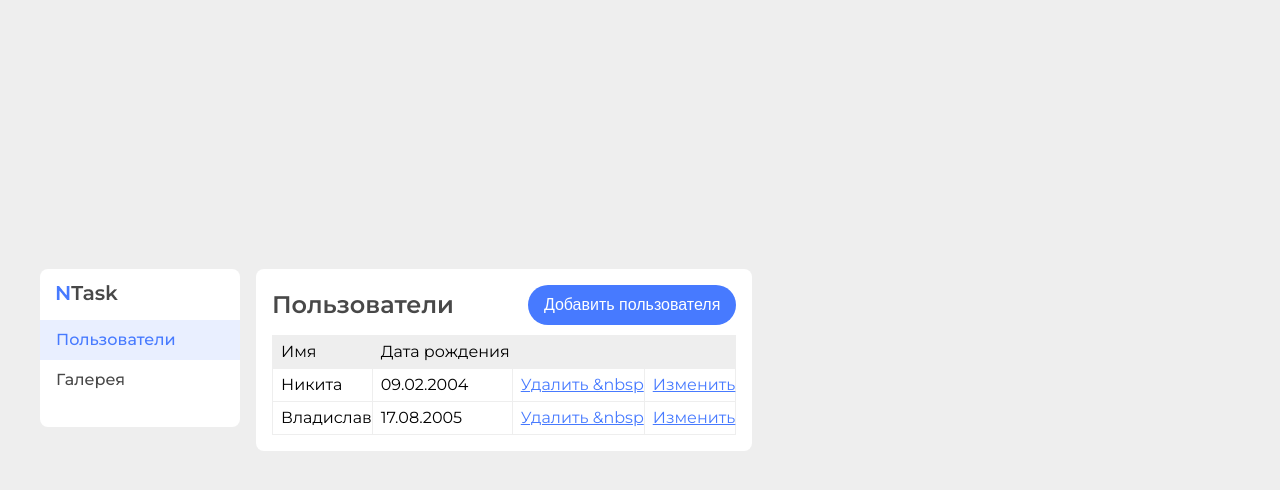
Repository: Grid-Master/NTask
Page: /gallery
These files come from the project's save history. The page is drawn as it stood at one moment and after the next save; the edit follows.
The browser window is 1280 px wide. The pictures show the whole page.
The project was rebuilt for these pictures with package versions that can differ from the ones it lists, and the page was loaded fresh each time. Also part of the build but not shown: src/components/gallery/gallery.sass, src/components/gallery/Gallery.tsx, src/components/updateUser/updateUser.sass, src/components/updateUser/UpdateUser.tsx.

Above is the page before, as saved 2023-06-09 19:46:38.

### public/index.html
<!DOCTYPE html>
<html lang="en">
  <head>
    <meta charset="utf-8" />
    <link rel="icon" href="%PUBLIC_URL%/favicon.ico" />
    <meta name="viewport" content="width=device-width, initial-scale=1" />
    <meta name="theme-color" content="#000000" />
    <meta name="description" content="Web site created using create-react-app" />
    <link rel="apple-touch-icon" href="%PUBLIC_URL%/logo192.png" />
    <link rel="preconnect" href="https://fonts.googleapis.com" />
    <link rel="preconnect" href="https://fonts.gstatic.com" crossorigin />
    <link
      href="https://fonts.googleapis.com/css2?family=Montserrat:wght@300;400;500;600;700&display=swap"
      rel="stylesheet" />
    <link rel="manifest" href="%PUBLIC_URL%/manifest.json" />
    <title>React App</title>
  </head>
  <body>
    <noscript>You need to enable JavaScript to run this app.</noscript>
    <div id="root"></div>
  </body>
</html>

### src/index.tsx
import React from 'react';
import ReactDOM from 'react-dom/client';
import { Provider } from 'react-redux';
import './index.css';
import App from './App';
import { BrowserRouter } from 'react-router-dom';
import store from './store';

const root = ReactDOM.createRoot(document.getElementById('root') as HTMLElement);
root.render(
  <React.StrictMode>
    <BrowserRouter>
      <Provider store={store}>
        <App />
      </Provider>
    </BrowserRouter>
  </React.StrictMode>,
);

### src/index.css
html, body, div, span, applet, object, iframe,
h1, h2, h3, h4, h5, h6, p, blockquote, pre,
a, abbr, acronym, address, big, cite, code,
del, dfn, em, img, ins, kbd, q, s, samp,
small, strike, strong, sub, sup, tt, var,
b, u, i, center,
dl, dt, dd, ol, ul, li,
fieldset, form, label, legend,
table, caption, tbody, tfoot, thead, tr, th, td,
article, aside, canvas, details, embed,
figure, figcaption, footer, header, hgroup,
menu, nav, output, ruby, section, summary,
time, mark, audio, video {
	margin: 0;
	padding: 0;
	border: 0;
	font-size: 100%;
	font: inherit;
	vertical-align: baseline;
}
/* HTML5 display-role reset for older browsers */
article, aside, details, figcaption, figure,
footer, header, hgroup, menu, nav, section {
	display: block;
}
body {
	line-height: 1;
}
ol, ul {
	list-style: none;
}
blockquote, q {
	quotes: none;
}
blockquote:before, blockquote:after,
q:before, q:after {
	content: '';
	content: none;
}
table {
	border-collapse: collapse;
}
body {
  margin: 0;
  font-family: Montserrat;
  background: #EEEEEE;
;
}
input {
	font-family: Montserrat;
}

#root {
	display: flex;
	align-items: center;
	justify-content: center;
	height: 100vh;
}

code {
  font-family: source-code-pro, Menlo, Monaco, Consolas, 'Courier New',
    monospace;
}

### src/App.tsx
import './App.css';
import { FC, useEffect } from 'react';
import Navbar from './components/navabar/Navbar';
import UserList from './components/userList/UserList';
import { Routes, Route, useNavigate } from 'react-router-dom';
import Gallery from './components/gallery/Gallery';
import UpdateUser from './components/updateUser/UpdateUser';

const App: FC = () => {
  const navigate = useNavigate();
  useEffect(() => {
    navigate('/NTask/users');
  }, []);

  return (
    <div className="App">
      <Navbar />
      <Routes>
        <Route path="/NTask/users" element={<UserList />} />
        <Route path="/NTask/users/:id" element={<UpdateUser />} />
        <Route path="/NTask/gallery" element={<Gallery />} />
        <Route path="*" element={<h1>Error</h1>} />
      </Routes>
    </div>
  );
};

export default App;

### src/store/index.ts
import { configureStore } from '@reduxjs/toolkit';
import usersReducer from './usersSlice';
import galleryReducer from './gallerySlice';

const store = configureStore({
  reducer: { usersReducer, galleryReducer },
});

export default store;

export type RootState = ReturnType<typeof store.getState>;
export type AppDispatch = typeof store.dispatch;

### src/App.css
.App {

  width: 100%;
  display: flex;
  align-items:start;
  gap: 16px;
  max-width: 1200px;
  margin: 0 auto;
}

@media screen and (max-width: 1200px) {
  .App {
    flex-direction: column;
    max-width: 1000px;
  }
}
@media screen and (max-width: 1000px) {
  .App {
    max-width: 600px;
    padding: 16px;
  }
}
@media screen and (max-width: 600px) {
  .App {
    max-width: calc(320px - 32px);
  }
}

### src/components/navabar/Navbar.tsx
import { FC } from 'react';
import './navbar.sass';
import { useNavigate, useLocation } from 'react-router-dom';
const logo = require('../../images/logo.png');

const Navbar: FC = () => {
  const navigate = useNavigate();
  const { pathname } = useLocation();

  return (
    <div className="navbar">
      <div className="navbar__imagecontainer">
        <img src={logo} alt="logo" />
      </div>
      <div
        className={pathname.includes('/users') ? 'navbar__item navbar__active' : 'navbar__item'}
        onClick={() => navigate('/NTask/users')}>
        Пользователи
      </div>
      <div
        className={pathname.includes('/gallery') ? 'navbar__item navbar__active' : 'navbar__item'}
        onClick={() => navigate('/NTask/gallery')}>
        Галерея
      </div>
    </div>
  );
};

export default Navbar;

### src/components/userList/UserList.tsx
import React, { FC } from 'react';
import { useNavigate } from 'react-router-dom';
import './userList.sass';
import { useAppDispatch, useAppSelector } from '../../store/hooks';
import { removeUser } from '../../store/usersSlice';

const UserList: FC = () => {
  const navigate = useNavigate();
  const users = useAppSelector((state) => state.usersReducer.users);
  const dispatch = useAppDispatch();

  const updateHandler = (router: string) => {
    navigate(router);
    window.scrollTo(0, 0);
  };

  const deleteHandler = (id: number) => {
    dispatch(removeUser(id));
  };

  return (
    <div className="userList">
      <div>
        <h1 className="userList__title">Пользователи</h1>
        <button className="userList__addUserBtn" onClick={() => updateHandler('createuser')}>
          Добавить пользователя
        </button>
      </div>
      <table className="userList__table">
        <tr className="userList__table-info">
          <td>Имя</td>
          <td>Дата рождения</td>
          <td></td>
          <td></td>
        </tr>
        {users.map((user) => (
          <tr key={user.id}>
            <td>{user.name}</td>
            <td>{user.date}</td>
            <td className="userList__table-btn" onClick={() => deleteHandler(user.id)}>
              Удалить &nbsp
            </td>
            <td className="userList__table-btn" onClick={() => updateHandler(`${user.id}`)}>
              Изменить
            </td>
          </tr>
        ))}
      </table>
    </div>
  );
};

export default UserList;

### src/store/usersSlice.ts
import { createSlice, PayloadAction } from '@reduxjs/toolkit';
import { users } from '../data/users';

export interface IUser {
  id: number;
  name: string;
  date: string;
}

const usersSlice = createSlice({
  name: 'users',
  initialState: {
    users: [...users] as IUser[],
  },
  reducers: {
    addUser(state, action: PayloadAction<IUser>) {
      state.users.push(action.payload);
    },
    updateUser(state, action: PayloadAction<IUser>) {
      let updateUser = state.users.find((user) => user.id === action.payload.id);
      if (updateUser) {
        updateUser.name = action.payload.name;
        updateUser.date = action.payload.date;
      }
      state.users = state.users.map((user) => (user.id === updateUser?.id ? updateUser : user));
    },
    removeUser(state, action: PayloadAction<number>) {
      state.users = state.users.filter((user) => user.id !== action.payload);
    },
  },
});

export const { removeUser, updateUser, addUser } = usersSlice.actions;

export default usersSlice.reducer;

### src/store/gallerySlice.ts
import { createSlice, PayloadAction } from '@reduxjs/toolkit';

export interface IPhoto {
  id: number;
  isSelected: boolean;
  file: any;
}

const gallerySlice = createSlice({
  name: 'users',
  initialState: {
    photos: [] as IPhoto[],
  },
  reducers: {
    addPhoto(state, action: PayloadAction<IPhoto>) {
      state.photos.unshift(action.payload);
    },
    pickPhoto(state, action: PayloadAction<number>) {
      const pickedPhoto = state.photos.findIndex((photo) => photo.id === action.payload);
      console.log(pickedPhoto, 'picked');
      if (pickedPhoto !== -1) {
        state.photos[pickedPhoto] = {
          ...state.photos[pickedPhoto],
          isSelected: !state.photos[pickedPhoto].isSelected,
        };
      }
    },
    removePhotos(state) {
      state.photos = state.photos.filter((photo) => !photo.isSelected);
    },
  },
});

export const { addPhoto, pickPhoto, removePhotos } = gallerySlice.actions;

export default gallerySlice.reducer;

### src/components/navabar/navbar.sass
.navbar
    width: 200px
    height: 158px
    background: #FFFFFF
    border-radius: 8px
    &__imagecontainer
        padding: 16px 0
        margin-left: 16px
    &__item
        padding: 8px 16px
        cursor: pointer
        font-weight: 500
        font-size: 16px
        line-height: 150%
        color: #484848
        transition: .3s
        &:hover
            color: #477AFF

    &__active
        background: #E9EFFF
        color: #477AFF

@media screen and (max-width: 600px)
    .navbar
        width: 288px
        height: 158px

### src/components/userList/userList.sass
.userList
    // width: 100%
    background: #FFFFFF
    border-radius: 8px
    padding: 16px
    >div
        display: flex
        align-items: center
        justify-content: space-between
    &__title
        font-weight: 600
        font-size: 24px
        line-height: 150%
        color: #484848
    &__addUserBtn
        font-weight: 500
        font-size: 16px
        line-height: 100%
        color: #FFFFFF
        background: #477AFF
        border-radius: 20px
        padding: 12px 16px
        border: none
        outline: none
        cursor: pointer
        transition: .3s
        &:hover
            opacity: .8
    &__table
        margin-top: 10px
        // width: 952px
        td
            border: 1px solid #EEEEEE
            // width: 238px
            text-align: start
            padding: 8px 0
            padding-left: 8px
        &-btn
            cursor: pointer
            text-decoration-line: underline
            color: #477AFF
            transition: .2s
            text-align: center !important
            &:hover
                opacity: .8
        tr td:nth-child(2)
            width: 131px !important
        // tr:first-child td:first-child
        //     border-radius: 8px 0 0 0
        // tr:first-child td:last-child
        //     border-radius: 0 8px 0 0
        // tr:last-child td:first-child
        //     border-radius: 0 0 8px 0
        // tr:last-child td:last-child
        //     border-radius: 0 0 0 8px //??
        &-info
            background-color: #EEEEEE
            border-radius: 8px !important

@media screen and (max-width: 1200px)
    .userList
        width: calc( 100% - 32px )
@media screen and (max-width: 600px)
    .userList
        &__table
            display: block
            overflow-x: scroll
            &::-webkit-scrollbar
                // width: 4px
                scroll-margin-top: 5px
                height: 4px
                border: 1px solid #d5d5d5
            &::-webkit-scrollbar-track
                border-radius: 0
                background: #eeeeee
            &::-webkit-scrollbar-thumb
                border-radius: 0
                background: #b0b0b0
                cursor: pointer
        >div
            flex-direction: column
            align-items: start
        &__title
            margin-bottom: 10px

### src/store/hooks.ts
import { useDispatch, useSelector, TypedUseSelectorHook } from 'react-redux';
import type { RootState, AppDispatch } from '../store';

export const useAppDispatch = () => useDispatch<AppDispatch>();
export const useAppSelector: TypedUseSelectorHook<RootState> = useSelector;

### src/data/users.ts
import { IUser } from '../store/usersSlice';

export const users: IUser[] = [
  {
    id: 1,
    name: 'Никита',
    date: '09.02.2004',
  },
  {
    id: 2,
    name: 'Владислав',
    date: '17.08.2005',
  },
];

After the next save:
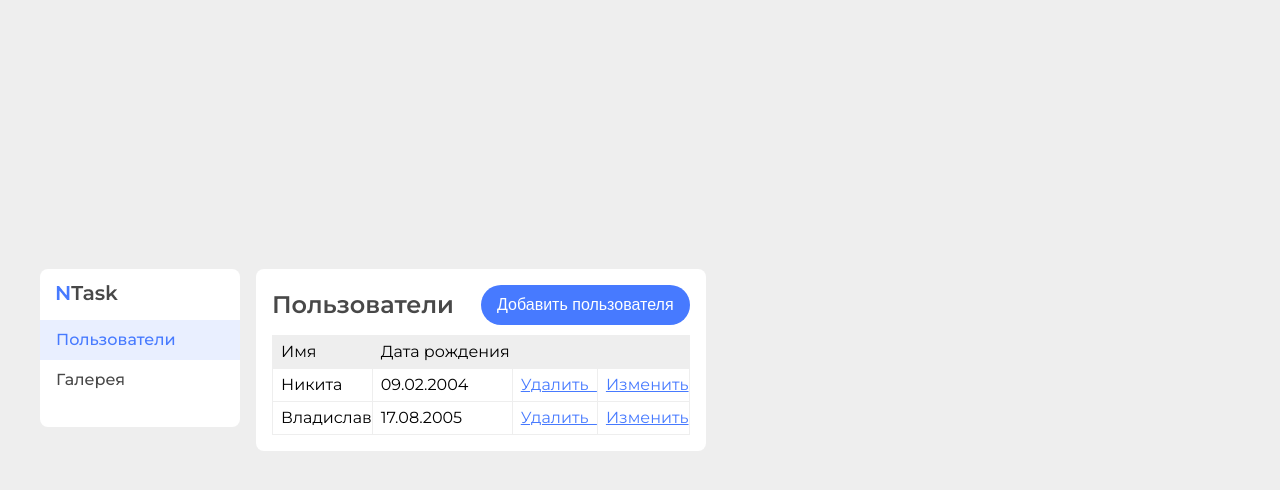
Saved 20 s later.
--- a/src/components/userList/UserList.tsx
+++ b/src/components/userList/UserList.tsx
@@ -38,7 +38,7 @@ const UserList: FC = () => {
             <td>{user.name}</td>
             <td>{user.date}</td>
             <td className="userList__table-btn" onClick={() => deleteHandler(user.id)}>
-              Удалить &nbsp
+              Удалить &nbsp;
             </td>
             <td className="userList__table-btn" onClick={() => updateHandler(`${user.id}`)}>
               Изменить
